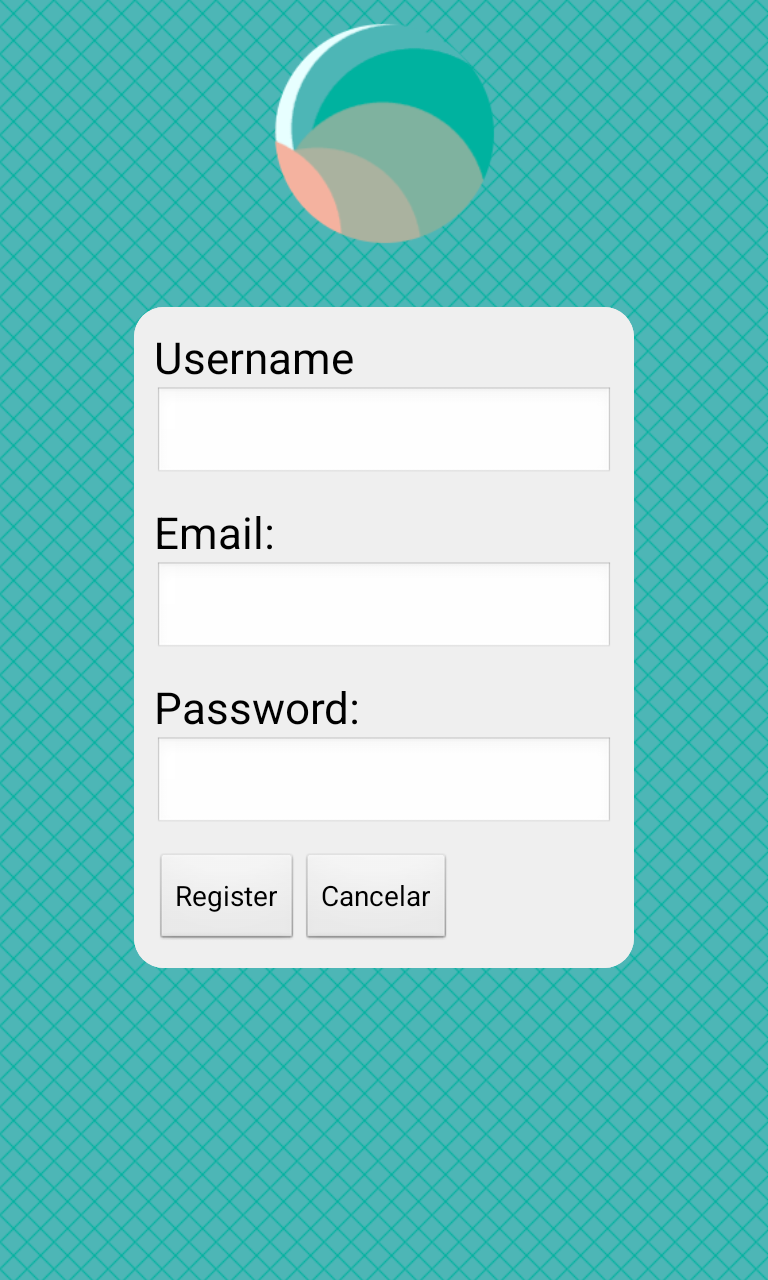
Repository: ppamorim/Coderock-X
Layout: workspace-Android/teste1/res/layout/activity_register.xml
The author's editor kept a copy of each file at every save. The layout is drawn from the files as they stood at one save, then again after the next save.
It is drawn on a 768 x 1280 px phone screen (xhdpi) without system bars, with theme android:Theme.NoTitleBar; the app's code is not run.

Above is the layout before, as saved 2014-01-05 23:20:34.

### workspace-Android/teste1/res/layout/activity_register.xml
<?xml version="1.0" encoding="utf-8"?>
<LinearLayout xmlns:android="http://schemas.android.com/apk/res/android"
    android:layout_width="match_parent"
    android:layout_height="match_parent"
    android:background="@drawable/background"
    android:orientation="vertical" >

    <ImageView
    android:layout_width="fill_parent"
    android:layout_height="wrap_content"
    android:contentDescription="@string/app_name"
    android:scaleType="centerInside"
    android:src="@drawable/splash" />

    <FrameLayout
        android:layout_width="250dp"
        android:layout_height="wrap_content"
        android:layout_gravity="center"
        android:layout_marginTop="20dp">

        <LinearLayout
            android:layout_width="match_parent"
            android:layout_height="match_parent"
            android:background="@layout/rounded"
            android:orientation="vertical" >

        	<LinearLayout
            android:layout_width="match_parent"
            android:layout_height="match_parent"
            android:background="@layout/rounded"
            android:orientation="vertical" >

        	    <TextView
                android:id="@+id/TextUsername"
                android:layout_width="wrap_content"
                android:layout_height="wrap_content"
                android:text="@string/username"
                android:textColor="#000"
                android:layout_marginTop="10dp"
                android:layout_marginLeft="10dp"
            	android:layout_marginRight="10dp"
                android:textAppearance="?android:attr/textAppearanceLarge" />

            	<EditText
            	android:id="@+id/Username"
            	android:layout_width="match_parent"
            	android:layout_height="wrap_content"
            	android:layout_marginLeft="10dp"
            	android:layout_marginRight="10dp"
            	android:hint=""
            	android:ems="10" />

            	<TextView
                android:id="@+id/TextEmail"
                android:layout_width="wrap_content"
                android:layout_height="wrap_content"
                android:text="@string/Email"
                android:textColor="#000"
                android:layout_marginTop="10dp"
                android:layout_marginLeft="10dp"
            	android:layout_marginRight="10dp"
                android:textAppearance="?android:attr/textAppearanceLarge" />

            	<EditText
            	android:id="@+id/Ema"
            	android:layout_width="match_parent"
            	android:layout_height="wrap_content"
            	android:layout_marginLeft="10dp"
            	android:layout_marginRight="10dp"
            	android:hint=""
            	android:ems="10" />

            	<TextView
                android:id="@+id/textView2"
                android:layout_width="wrap_content"
                android:layout_height="wrap_content"
                android:text="@string/Password"
                android:textColor="#000"
                android:layout_marginTop="10dp"
                android:layout_marginLeft="10dp"
            	android:layout_marginRight="10dp"
                android:textAppearance="?android:attr/textAppearanceLarge" />

        		<EditText
            	android:id="@+id/Senha"
            	android:layout_width="match_parent"
            	android:layout_height="wrap_content"
            	android:layout_marginBottom="10dp"
            	android:layout_marginLeft="10dp"
            	android:layout_marginRight="10dp"
            	android:hint=""
            	android:ems="10" >
        		</EditText>

        		<LinearLayout
        		android:layout_width="fill_parent"
            	android:layout_height="match_parent"
            	android:orientation="horizontal"
            	android:layout_marginBottom="10dp"
            	android:layout_marginLeft="10dp"
            	android:layout_marginRight="10dp" >

        		<Button
            	android:id="@+id/Register"
            	android:layout_width="wrap_content"
            	android:layout_height="fill_parent"
            	android:text="@string/register" />

        		<Button
            	android:id="@+id/Cancelar"
            	android:layout_width="wrap_content"
            	android:layout_height="fill_parent"
            	android:text="@string/cancel" />

        		</LinearLayout>
        	</LinearLayout>
        </LinearLayout>
    </FrameLayout>
</LinearLayout>

### workspace-Android/teste1/res/drawable-hdpi/background.xml
<?xml version="1.0" encoding="utf-8"?>
<bitmap xmlns:android="http://schemas.android.com/apk/res/android"
  android:src="@drawable/bg"
  android:tileMode="repeat" />

### workspace-Android/teste1/res/values/strings.xml
<?xml version="1.0" encoding="utf-8"?>
<resources>

    <string name="app_name">Feel</string>
    <string name="action_settings">Settings</string>
    <string name="hello_world">Hello world!</string>
    <string name="Email">Email:</string>
    <string name="Password">Password:</string>
    <string name="Resultado">Resultado:</string>
    <string name="BotaoSomar">Somar</string>
    <string name="BotaoSub">Subtrair</string>
    <string name="BotaoMulti">Multiplicar</string>
    <string name="BotaoDividir">Dividir</string>
    <string name="ok">OK</string>
    <string name="username">Username</string>
    <string name="register">Register</string>
    <string name="cancel">Cancelar</string>

</resources>

### workspace-Android/teste1/res/layout/rounded.xml
<?xml version="1.0" encoding="utf-8"?>
<layer-list xmlns:android="http://schemas.android.com/apk/res/android">
    <item>
        <shape android:shape="rectangle" >
            <corners android:radius="15dip" />
            <solid android:color="#efefef" />
            <stroke android:width="0dp" android:color="#bebfc1"/>
        </shape>
    </item>
</layer-list>

After the next save:
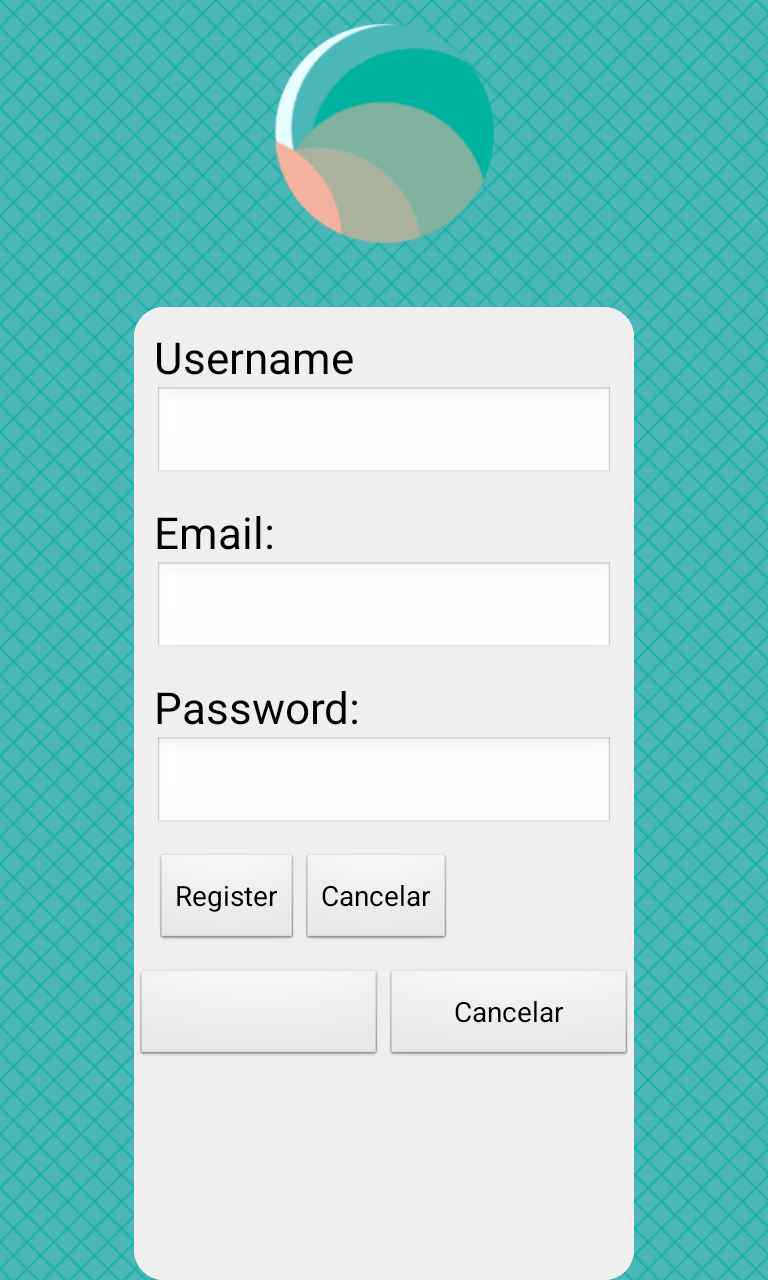
Saved 77 s later.
--- a/workspace-Android/teste1/res/layout/activity_register.xml
+++ b/workspace-Android/teste1/res/layout/activity_register.xml
@@ -113,6 +113,27 @@
             	android:text="@string/cancel" />
 
         		</LinearLayout>
+
+        		<LinearLayout
+        		android:layout_width="fill_parent"
+        		android:layout_height="240dp"
+        		android:layout_weight="2"
+        		android:orientation="horizontal" >
+
+        		<Button
+            	android:id="@+id/dynamic_btnSubmit"
+            	android:layout_width="0dp"
+            	android:layout_height="wrap_content"
+            	android:layout_weight="1.0" />
+
+        		<Button
+            	android:id="@+id/Cancelar"
+            	android:layout_width="0dp"
+            	android:layout_height="wrap_content"
+            	android:layout_weight="1.0"
+        		android:text="@string/cancel" />
+    			</LinearLayout>
+
         	</LinearLayout>
         </LinearLayout>
     </FrameLayout>
